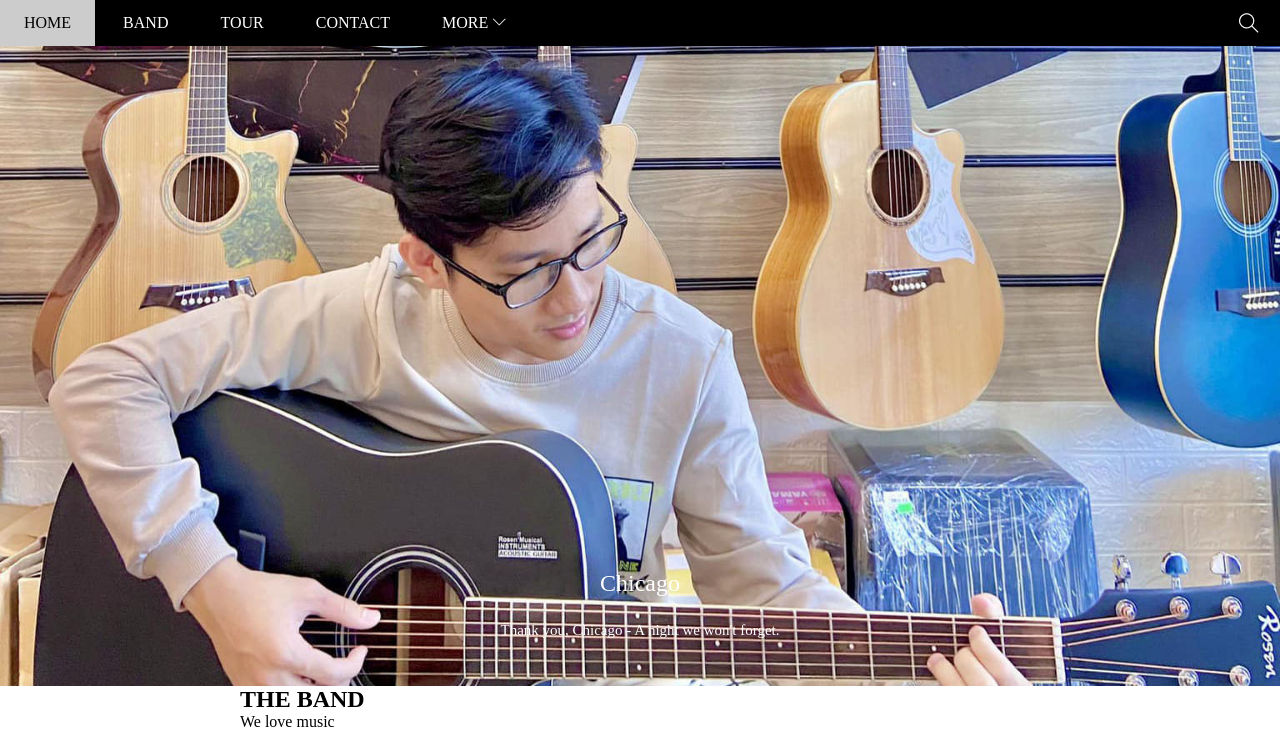
Repository: quochung2k3/Web-Team
Page: index.html
An editor plug-in stored every save of this project. The page is shown before and after the next save, followed by the edit.
The browser window is 1280 px wide. The pictures show the whole page.

Above is the page before, as saved 2023-08-05 09:10:38.

### index.html
<!DOCTYPE html>
<html lang="en">
<head>
    <meta charset="UTF-8">
    <meta name="viewport" content="width=device-width, initial-scale=1.0">
    <title>Web The Band</title>
    <link rel="stylesheet" href="./assets/css/style.css">
    <link rel="stylesheet" href="./assets/fonts/themify-icons/themify-icons.css">
</head>
<body>
    <div id="wrapper">
        <div id="header">
            <ul id="nav">
                <li><a href="">Home</a></li>
                <li><a href="">Band</a></li>
                <li><a href="">Tour</a></li>
                <li><a href="">Contact</a></li>
                <li>
                    <a href="">
                        More
                        <i class="nav-arrow-down ti-angle-down"></i>
                    </a>
                    <ul class="subnav">
                        <li><a href="">Merchandise</a></li>
                        <li><a href="">Extras</a></li>
                        <li><a href="">Media</a></li>
                    </ul>
                </li>
            </ul>
            <div class="search-button">
                <i class="search-icon ti-search"></i>
            </div>
        </div>

        <div id="slider">
            <div class="text-content">
                <h2 class="text-heading">Chicago</h2>
                <div class="text-description">Thank you, Chicago - A night we won't forget.</div>
            </div>
        </div>

        <div id="content">
            <div class="content-section">
                <h2 class="section-heading">THE BAND</h2>
                <p class="section-sub-heading">We love music</p>

            </div>
        </div>

        <div id="footer">

        </div>
    </div>
</body>
</html>

### assets/css/style.css
* {
    margin: 0;
    padding: 0;
    box-sizing: border-box;
}

.html {
    font-family: Arial, Helvetica, sans-serif;
}

#wrapper {

}

#header {
    position: fixed;
    top: 0;
    left: 0;
    right: 0;
    background-color: #000;
    height: 46px;
    z-index: 1;
}

#nav {
    display: inline-block;
}

#nav .subnav {
    list-style-type: none;
}

#nav > li {
    display: inline-block;
}

#nav li {
    position: relative;
}

#nav > li > a {
    color: #fff;
    text-transform: uppercase;
}

#nav li a {
    text-decoration: none;
    line-height: 46px;
    padding: 0 24px;
    display: block;
}

#nav li:hover .subnav {
    display: block;
}

#nav > li:hover > a,
#nav .subnav li:hover a {
    background-color: #ccc;
    color: #000;
}

#nav .subnav {
    display: none;
    min-width: 160px;
    top: 100%;
    left: 0;
    position: absolute;
    background-color: #fff;
    box-shadow: 0 0 10px rgba(0, 0, 0, 0.3);
}

#nav .subnav a {
    color: #000;
    padding: 0 12px;
    line-height: 38px;
}

#nav .nav-arrow-down {
    font-size: 14px;
}

#header .search-button {
    float: right;
    padding: 0 21px;
}

#header .search-icon {
    color: #fff;
    font-size: 20px;
    line-height: 46px;
}

#header .search-button:hover {
    background-color: #f44336;
    cursor: pointer;
}

#slider {
    margin-top: 46px;
    padding-top: 50%;
    background-image: url(../img/slider3.jpg);
    background-repeat: no-repeat;
    background-size: cover;
    background-position: top center;
    position: relative;
}

#slider .text-content {
    position: absolute;
    bottom: 47px;
    color: #fff;
    width: 100%;
    text-align: center;
}

#slider .text-heading {
    font-weight: 500;
    font-size: 24px;
}

#slider .text-description {
    font-size: 15px;
    margin-top: 25px;
}

#content {

}

#content .content-section {
    width: 800px;
    margin-left: auto;
    margin-right: auto;
}

#footer {

}

Loaded but not shown: assets/fonts/themify-icons/themify-icons.css (common file)

After the next save:
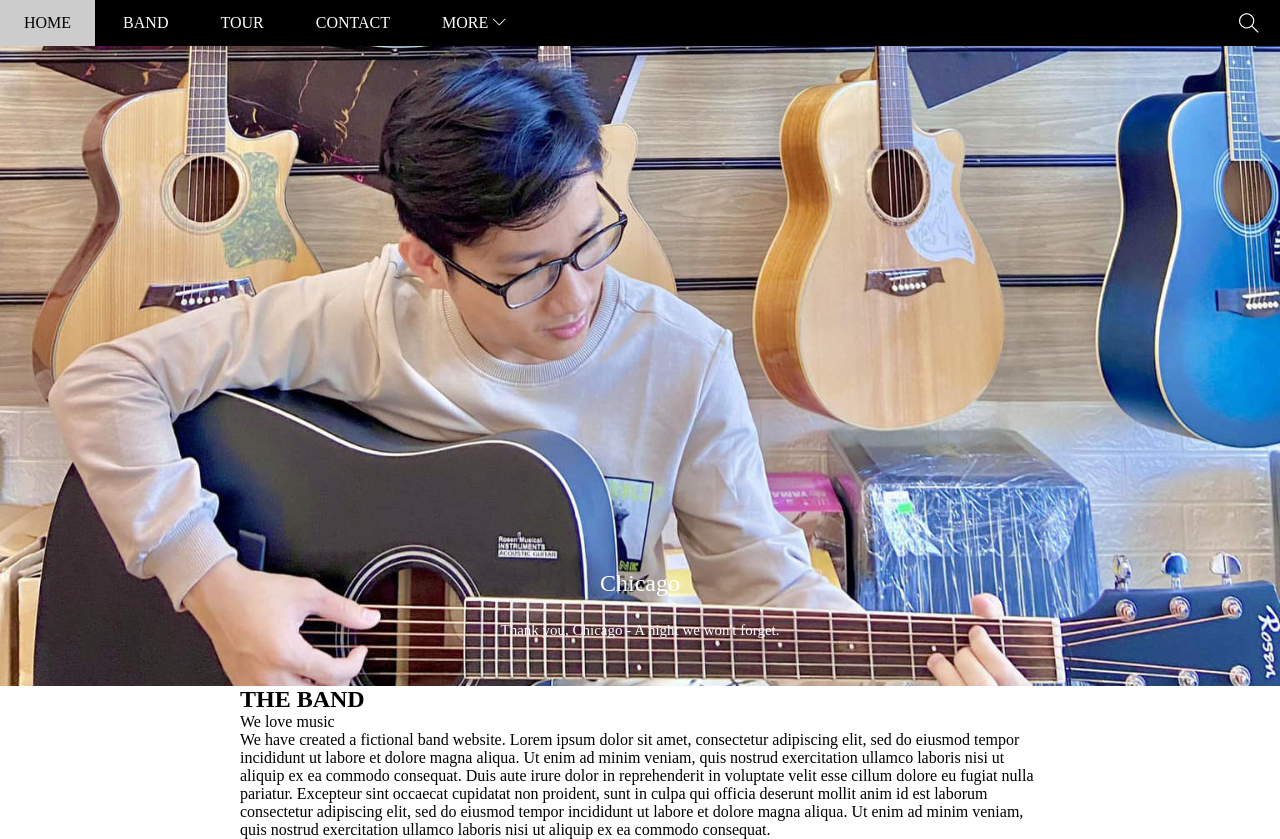
Saved 4 s later.
--- a/index.html
+++ b/index.html
@@ -43,6 +43,10 @@
             <div class="content-section">
                 <h2 class="section-heading">THE BAND</h2>
                 <p class="section-sub-heading">We love music</p>
+                <p class="about-text">
+                    We have created a fictional band website. Lorem ipsum dolor sit amet, consectetur adipiscing elit, sed do eiusmod tempor incididunt ut labore et dolore magna aliqua. Ut enim ad minim veniam, quis nostrud exercitation ullamco laboris nisi ut aliquip ex ea commodo consequat. Duis aute irure dolor in reprehenderit in voluptate velit esse cillum dolore eu fugiat nulla pariatur. Excepteur sint occaecat cupidatat non proident, sunt in culpa qui officia deserunt mollit anim id est laborum consectetur adipiscing elit, sed do eiusmod tempor incididunt ut labore et dolore magna aliqua. Ut enim ad minim veniam, quis nostrud exercitation ullamco laboris nisi ut aliquip ex ea commodo consequat.
+
+                </p>
 
             </div>
         </div>
